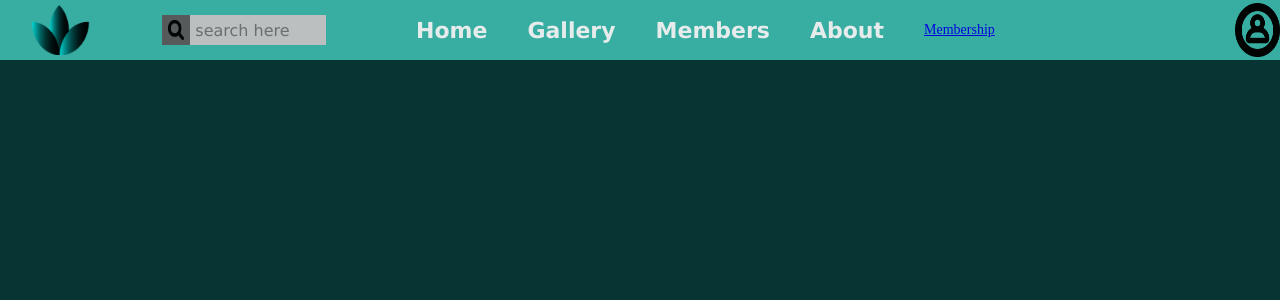
Repository: RawahaMR11/my_assignments
Page: rawaha computer/Shah Designs web/Shah home page.html
These files come from the project's save history. The page is drawn as it stood at one moment and after the next save; the edit follows.
The browser window is 1280 px wide. The pictures show the whole page.

Above is the page before, as saved 2024-12-12 17:37:32.

After the next save:
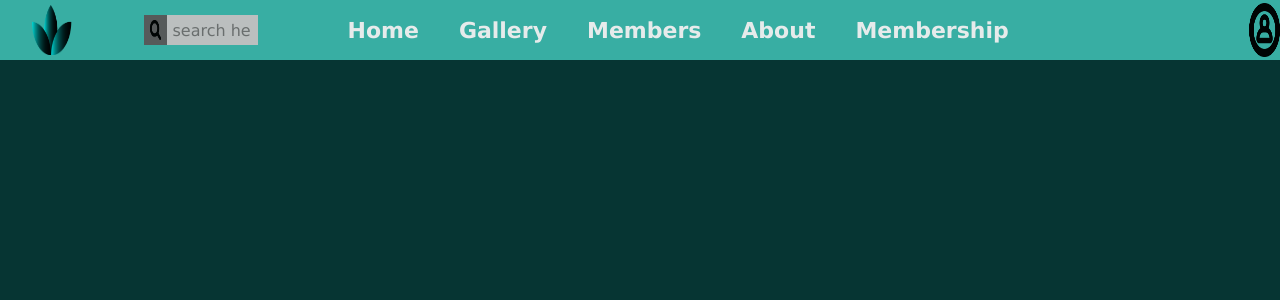
Saved 18 s later.
--- a/rawaha computer/Shah Designs web/Shah home page.css
+++ b/rawaha computer/Shah Designs web/Shah home page.css
@@ -117,11 +117,11 @@ header {
       font-weight: 700;
       color: white;
 }
-.about {
+.membership {
       font-family: Verdana, Geneva, Tahoma, sans-serif;
       font-size: 22px;
 }
-.about a {
+.membership a {
       text-decoration: none;
       font-weight: 700;
       color: white;
